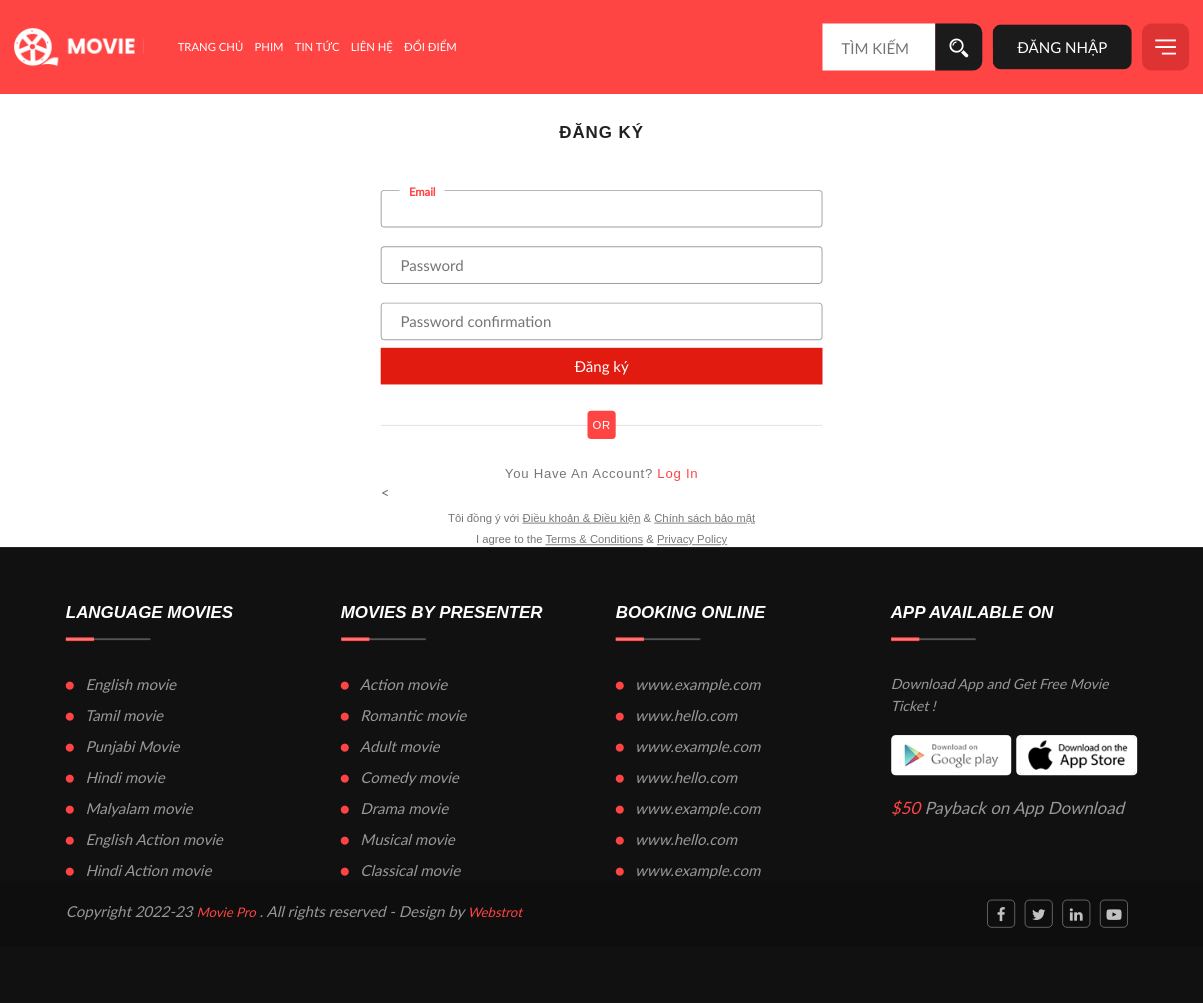
Repository: TK-NNH/DATN
Page: http://localhost/auth/register
These files come from the project's save history. The page is drawn as it stood at one moment and after the next save; the edit follows.
The browser window is 1280 px wide. The pictures show the whole page, at 94% of full size.
Some web fonts or font styles are not loaded; a fallback is used. The page is served by the project's Laravel application, run on PHP 8.4 with Laravel 10. The database holds what the project's SQL file puts in it. Queries for data that is not in the repository find no rows.

Above is the page before, as saved 2024-12-19 22:21:14.

After the next save:
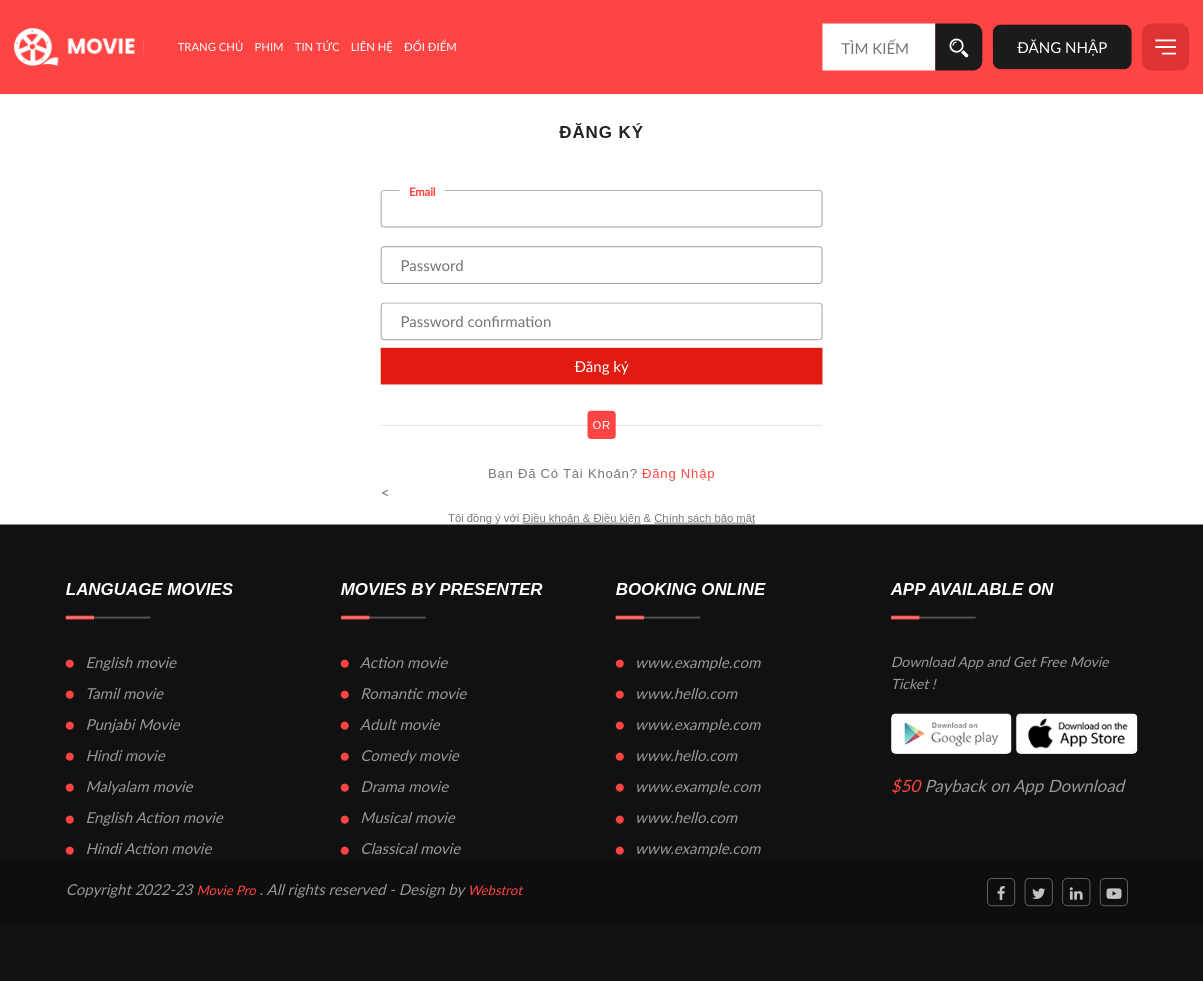
Saved 27 s later.
--- a/FilmHub-Booking/Backend-filmhub/resources/views/frontend/auth/register.blade.php
+++ b/FilmHub-Booking/Backend-filmhub/resources/views/frontend/auth/register.blade.php
@@ -97,14 +97,11 @@
                         <h4>or</h4>
                     </div>
                     <div class="st_form_pop_signin_btn float_left">
-                        <h4>You have an account? <a href="{{ route('getLogin') }}">Log in</a></h4>
+                        <h4>Bạn đã có tài khoản? <a href="{{ route('getLogin') }}">Đăng nhập </a></h4>
                         <<h5>Tôi đồng ý với <a href="#">Điều khoản & Điều kiện</a> & <a href="#">Chính sách bảo mật</a></h5>
                     </div>
 
-                    <div class="st_form_pop_signin_btn st_form_pop_signin_btn_signup float_left">
-                        <h5>I agree to the <a href="#">Terms & Conditions</a> & <a href="#">Privacy
-                                Policy</a></h5>
-                    </div>
+
                 @endif
 
 
